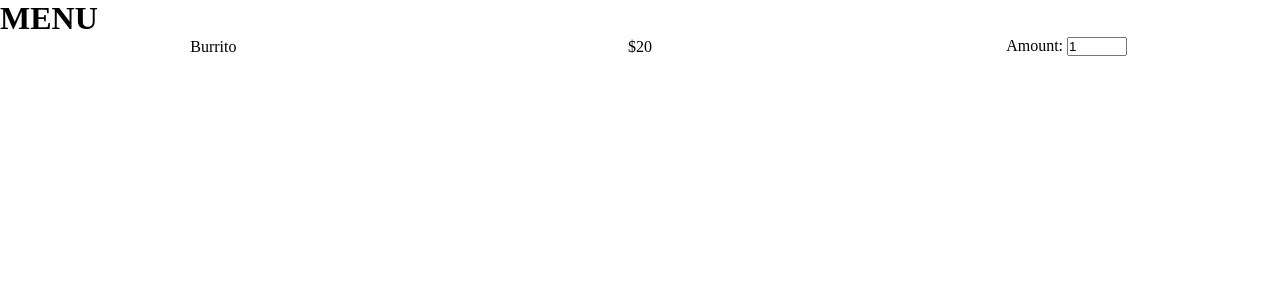
Repository: LamQuocPhu/JungTalent
Page: http://localhost/
The author's editor kept a copy of each file at every save. The page is drawn from the files as they stood at one save, then again after the next save.
The browser window is 1280 px wide. The pictures show the whole page.
The page is served by the project's Node server (index.js).

Above is the page before, as saved 2023-10-25 22:56:05.

### views/cart.ejs
<!DOCTYPE html>
<html lang="en">
  <head>
    <meta charset="UTF-8" />
    <meta name="viewport" content="width=device-width, initial-scale=1.0" />
    <title>Document</title>
    <link rel="stylesheet" href="/css/style.css" />
  </head>
  <body>
    <h1>MENU</h1>
    <div class="wrapper">
      <div class="cart-item">
        <div class="item-name">
            <span>Burrito</span>
        </div>
        <div class="item-price">
            <span>$20</span>
        </div>
        <div class="item-amount">
            <span>Amount:</span>
            <input type="number" value="1" min="1" max="100">
        </div>
      </div>
    </div>
  </body>
</html>

### index.js
var express = require('express');
var app = express();
const PORT = process.env.PORT || 3003;
const bodyParser = require("body-parser");
const path = require("path");


app.set("view engine", "ejs");
app.set("views", "./views");
app.use(bodyParser.urlencoded({ extended: true }));
app.use(express.static(path.join(__dirname, 'public')));


app.listen(PORT, () => {
    console.log(`Server start on port ${PORT}`);
})

app.get('/', (req, res) => {
    res.render('cart');
});

### public/css/style.css
* {
    margin: 0;
    padding: 0;
    box-sizing: border-box;
}

.wrapper {
    width: 100%;
    height: auto;
    text-align: center;
}

.cart-item{
display: flex;
justify-content: center;
align-items: center;
width: 100%;
}
.item-name{
width: 33.33%;
}
.item-price{
width: 33.33%;


}
.item-amount{
    width: 33.33%;

}

After the next save:
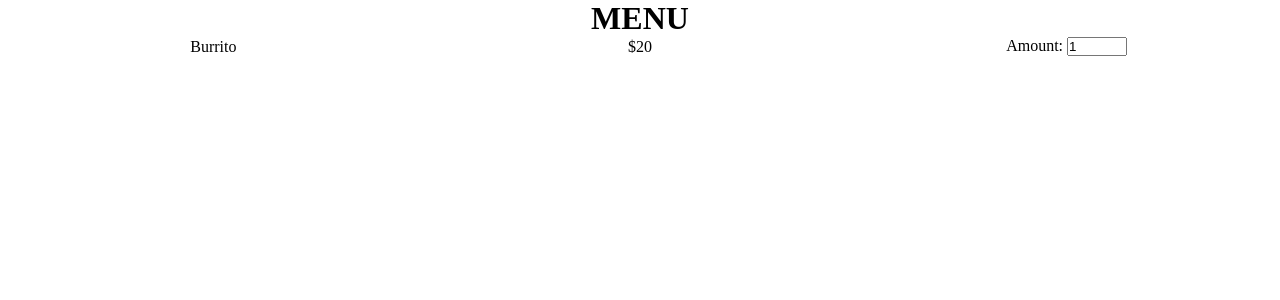
Saved 22 s later.
--- a/views/cart.ejs
+++ b/views/cart.ejs
@@ -7,8 +7,8 @@
     <link rel="stylesheet" href="/css/style.css" />
   </head>
   <body>
-    <h1>MENU</h1>
-    <div class="wrapper">
+      <div class="wrapper">
+        <h1>MENU</h1>
       <div class="cart-item">
         <div class="item-name">
             <span>Burrito</span>
